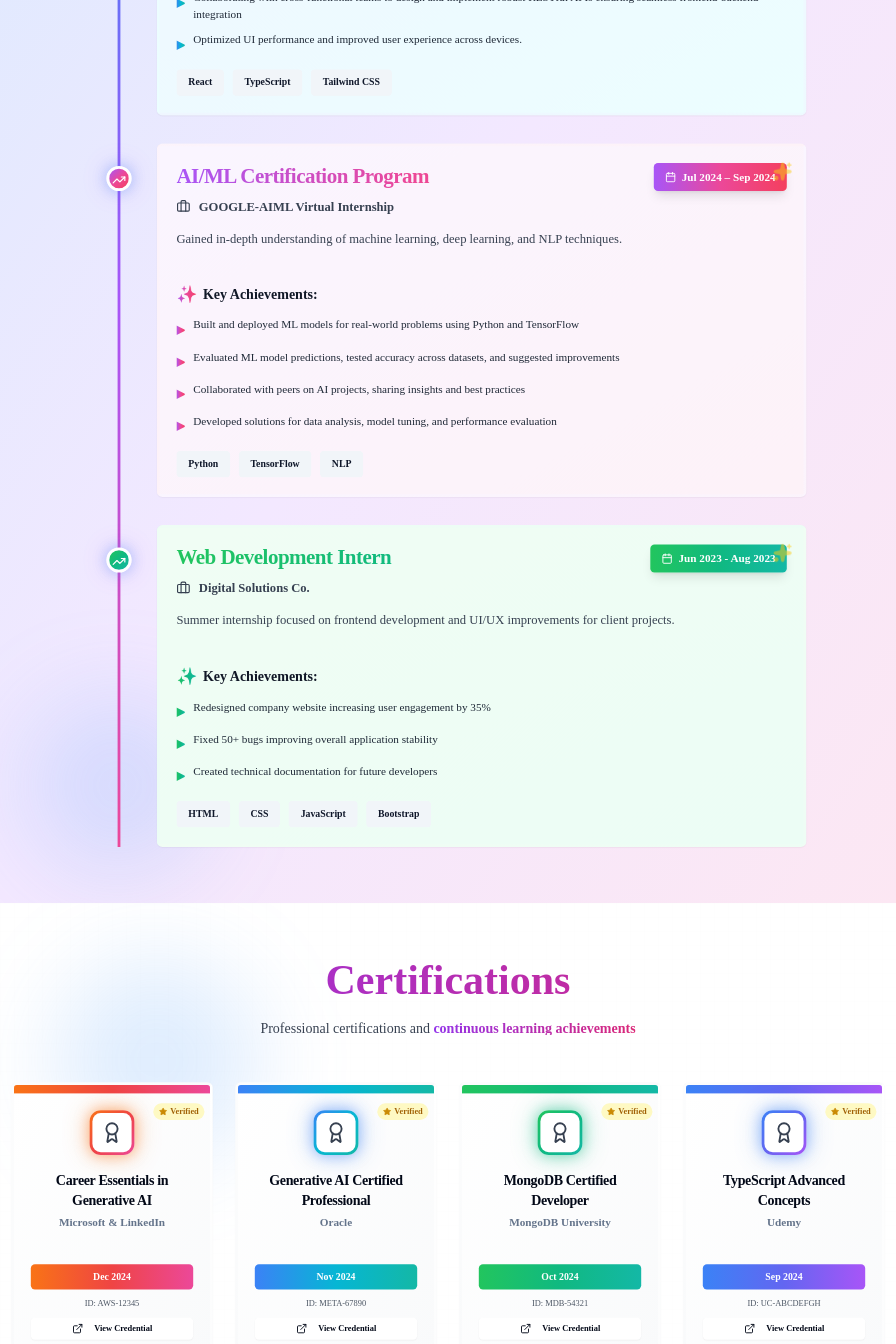
Repository: sm6746/PORTFOLIO
Page: /
The author's editor kept a copy of each file at every save. The page is drawn from the files as they stood at one save, then again after the next save.
The browser window is 1280 px wide. The pictures show the part of the page from y = 4580 to 6500 px (the page is 8357 px tall), at 70% of full size.
The project was rebuilt for these pictures with package versions that can differ from the ones it lists, and the page was loaded fresh each time. Also part of the build but not shown: vite.config.ts.

Above is the page before, as saved 2025-11-07 08:42:35.

### index.html
<!DOCTYPE html>
<html lang="en">
  <head>
    <meta charset="UTF-8" />
    <link rel="icon" type="image/svg+xml" href="/favicon.svg" />
    <meta name="viewport" content="width=device-width, initial-scale=1.0" />
    <title>Portfolio</title>
  </head>
  <body>
    <div id="root"></div>
    <script type="module" src="/app/main.tsx"></script>
  </body>
</html>

### app/main.tsx
import React from 'react'
import ReactDOM from 'react-dom/client'
import App from './app'
import './globals.css'

ReactDOM.createRoot(document.getElementById('root')!).render(
  <React.StrictMode>
    <App />
  </React.StrictMode>,
)

### app/app.tsx
import { ThemeProvider } from '@/lib/theme-context';
import { Header } from '@/components/header';
import { HeroSection } from '@/components/hero-section';
import { AboutSection } from '@/components/about-section';
import { SkillsSection } from '@/components/skills-section';
import { ProjectsSection } from '@/components/projects-section';
import { ExperienceSection } from '@/components/experience-section';
import { CertificationsSection } from '@/components/certifications-section';
import { ContactSection } from '@/components/contact-section';
import { Footer } from '@/components/footer';
import { ScrollToTop } from '@/components/scroll-to-top';

function App() {
  return (
    <ThemeProvider>
      <div className="min-h-screen bg-white dark:bg-gray-900 transition-colors duration-300">
        <Header />
        <main>
          <HeroSection />
          <AboutSection />
          <SkillsSection />
          <ProjectsSection />
          <ExperienceSection />
          <CertificationsSection />
          <ContactSection />
        </main>
        <Footer />
        <ScrollToTop />
      </div>
    </ThemeProvider>
  );
}

export default App;

### lib/theme-context.tsx
import React, { createContext, useContext, useEffect, useState } from 'react';

type Theme = 'light' | 'dark';

type ThemeContextType = {
  theme: Theme;
  toggleTheme: () => void;
};

const ThemeContext = createContext<ThemeContextType | undefined>(undefined);

export function ThemeProvider({ children }: { children: React.ReactNode }) {
  const [theme, setTheme] = useState<Theme>(() => {
    const stored = localStorage.getItem('portfolio-theme');
    return (stored as Theme) || 'light';
  });

  useEffect(() => {
    localStorage.setItem('portfolio-theme', theme);
    document.documentElement.classList.toggle('dark', theme === 'dark');
  }, [theme]);

  const toggleTheme = () => {
    setTheme(prev => (prev === 'light' ? 'dark' : 'light'));
  };

  return (
    <ThemeContext.Provider value={{ theme, toggleTheme }}>
      {children}
    </ThemeContext.Provider>
  );
}

export function useTheme() {
  const context = useContext(ThemeContext);
  if (!context) {
    throw new Error('useTheme must be used within ThemeProvider');
  }
  return context;
}

### components/certifications-section.tsx
import { Card, CardContent, CardHeader, CardTitle, CardDescription } from '@/components/ui/card';
import { Badge } from '@/components/ui/badge';
import { Button } from '@/components/ui/button';
import { Award, ExternalLink, Star } from 'lucide-react';
import { useScrollAnimation } from '@/hooks/use-scroll-animation';

export function CertificationsSection() {
  const { ref, isVisible } = useScrollAnimation();

  const certifications = [
    {
      title: 'Career Essentials in Generative AI ',
      issuer: 'Microsoft & LinkedIn',
      date: 'Dec 2024',
      credentialId: 'AWS-12345',
      gradient: 'from-orange-500 via-red-500 to-pink-500',
      glowClass: 'glow-orange',
    },
    {
      title: 'Generative AI Certified Professional ',
      issuer: 'Oracle',
      date: 'Nov 2024',
      credentialId: 'META-67890',
      gradient: 'from-blue-500 via-cyan-500 to-teal-500',
      glowClass: 'glow-blue',
    },
    {
      title: 'MongoDB Certified Developer',
      issuer: 'MongoDB University',
      date: 'Oct 2024',
      credentialId: 'MDB-54321',
      gradient: 'from-green-500 via-emerald-500 to-teal-500',
      glowClass: 'glow-green',
    },
    {
      title: 'TypeScript Advanced Concepts',
      issuer: 'Udemy',
      date: 'Sep 2024',
      credentialId: 'UC-ABCDEFGH',
      gradient: 'from-blue-500 via-indigo-500 to-purple-500',
      glowClass: 'glow-blue',
    },
    {
      title: 'Docker & Kubernetes',
      issuer: 'Linux Foundation',
      date: 'Aug 2024',
      credentialId: 'LF-98765',
      gradient: 'from-cyan-500 via-blue-500 to-indigo-500',
      glowClass: 'glow-blue',
    },
    {
      title: 'Full Stack Web Development',
      issuer: 'Coursera',
      date: 'Jul 2024',
      credentialId: 'COURSERA-123456',
      gradient: 'from-purple-500 via-pink-500 to-rose-500',
      glowClass: 'glow-purple',
    },
    {
      title: 'GraphQL Fundamentals',
      issuer: 'Apollo',
      date: 'Jun 2024',
      credentialId: 'APOLLO-11223',
      gradient: 'from-pink-500 via-rose-500 to-red-500',
      glowClass: 'glow-pink',
    },
    {
      title: 'Git & GitHub Mastery',
      issuer: 'GitHub Learning Lab',
      date: 'May 2024',
      credentialId: 'GH-44556',
      gradient: 'from-gray-700 via-gray-800 to-gray-900',
      glowClass: 'glow-blue',
    },
  ];

  return (
    <section
      id="certifications"
      ref={ref as React.RefObject<HTMLElement>}
      className="py-20 bg-white dark:bg-gray-900 relative overflow-hidden"
    >
      <div className="absolute inset-0 bg-grid-pattern opacity-5"></div>
      <div className="absolute top-20 left-20 w-72 h-72 bg-blue-400/20 rounded-full blur-3xl"></div>
      <div className="absolute bottom-20 right-20 w-72 h-72 bg-purple-400/20 rounded-full blur-3xl"></div>

      <div className="container mx-auto px-4 relative z-10">
        <div
          className={`transition-all duration-1000 ${
            isVisible ? 'opacity-100 translate-y-0' : 'opacity-0 translate-y-10'
          }`}
        >
          <h2 className="text-5xl md:text-6xl font-extrabold text-center mb-6 bg-gradient-to-r from-blue-600 via-purple-600 to-pink-600 dark:from-blue-400 dark:via-purple-400 dark:to-pink-400 bg-clip-text text-transparent animate-gradient">
            Certifications
          </h2>
          <p className="text-center text-gray-700 dark:text-gray-300 mb-16 text-xl font-medium">
            Professional certifications and <span className="text-transparent bg-clip-text bg-gradient-to-r from-purple-600 to-pink-600 font-bold">continuous learning achievements</span>
          </p>

          <div className="grid md:grid-cols-2 lg:grid-cols-4 gap-8">
            {certifications.map((cert, index) => (
              <Card
                key={index}
                className={`group hover:shadow-2xl transition-all duration-500 transform hover:-translate-y-4 hover:scale-110 border-4 border-transparent hover:border-current overflow-hidden bg-gradient-to-br from-white to-gray-50 dark:from-gray-800 dark:to-gray-900 ${
                  isVisible ? 'opacity-100 translate-y-0' : 'opacity-0 translate-y-10'
                }`}
                style={{ transitionDelay: `${index * 100}ms` }}
              >
                <div className={`h-3 bg-gradient-to-r ${cert.gradient}`}></div>
                <CardHeader className="relative">
                  <div className={`w-16 h-16 mx-auto rounded-2xl bg-gradient-to-br ${cert.gradient} p-1 mb-4 group-hover:scale-125 group-hover:rotate-12 transition-all duration-500 shadow-xl ${cert.glowClass}`}>
                    <div className="w-full h-full rounded-xl bg-white dark:bg-gray-800 flex items-center justify-center">
                      <Award className="h-8 w-8 text-gray-700 dark:text-gray-300" />
                    </div>
                  </div>
                  <div className="absolute top-2 right-2 flex items-center gap-1 bg-yellow-100 dark:bg-yellow-900/50 px-2 py-1 rounded-full">
                    <Star className="h-3 w-3 text-yellow-600 fill-yellow-600" />
                    <span className="text-xs font-bold text-yellow-700 dark:text-yellow-400">Verified</span>
                  </div>
                  <CardTitle className={`text-xl font-bold text-center group-hover:bg-gradient-to-r ${cert.gradient} group-hover:bg-clip-text group-hover:text-transparent transition-all duration-300`}>
                    {cert.title}
                  </CardTitle>
                  <CardDescription className="text-center font-semibold text-base">{cert.issuer}</CardDescription>
                </CardHeader>
                <CardContent className="p-6">
                  <div className="space-y-3">
                    <Badge variant="outline" className={`w-full justify-center text-sm font-bold py-2 border-3 bg-gradient-to-r ${cert.gradient} text-white`}>
                      {cert.date}
                    </Badge>
                    <p className="text-xs text-gray-600 dark:text-gray-400 text-center font-medium">
                      ID: {cert.credentialId}
                    </p>
                    <Button
                      variant="outline"
                      size="sm"
                      className={`w-full border-3 hover:bg-gradient-to-r ${cert.gradient} hover:text-white hover:border-transparent font-bold transform hover:scale-105 transition-all duration-300`}
                    >
                      <ExternalLink className="h-4 w-4 mr-2" />
                      View Credential
                    </Button>
                  </div>
                </CardContent>
              </Card>
            ))}
          </div>
        </div>
      </div>
    </section>
  );
}

### components/footer.tsx
import { Github, Linkedin, Mail } from 'lucide-react';
import { Button } from '@/components/ui/button';

export function Footer() {
  return (
    <footer className="py-12 bg-gray-900 text-white">
      <div className="container mx-auto px-4">
        <div className="flex flex-col items-center gap-6">
          <div className="text-3xl font-bold bg-gradient-to-r from-blue-400 to-purple-400 bg-clip-text text-transparent">
            SHIVANI MEHRA
          </div>
          <p className="text-gray-400 text-center max-w-md">
            Building the future, one line of code at a time. Let's create something amazing together.
          </p>
          <div className="flex gap-4">
            <Button
              variant="ghost"
              size="icon"
              className="rounded-full hover:bg-blue-600/20 text-gray-300 hover:text-white transition-all"
            >
              <a
              href="https://github.com/sm6746"
              target="_blank"
              rel="noopener noreferrer"
            >
              <Github className="h-5 w-5" />
              </a>
            </Button>
            <Button
              variant="ghost"
              size="icon"
              className="rounded-full hover:bg-blue-600/20 text-gray-300 hover:text-white transition-all"
            >
              <a
              href="https://www.linkedin.com/in/shivani-mehra-/"
              target="_blank"
              rel="noopener noreferrer"
            >
              <Linkedin className="h-7 w-7" />
              </a>
            </Button>
            <Button
              variant="ghost"
              size="icon"
              className="rounded-full hover:bg-blue-600/20 text-gray-300 hover:text-white transition-all"
            >
              <a
              href="https://mail.google.com/mail/?view=cm&fs=1&to=shivanimehra22may@gmail.com"
              target="_blank"
              rel="noopener noreferrer"
            >
               <Mail className="h-5 w-5" />
              </a>

            </Button>
          </div>
          <div className="border-t border-gray-800 pt-6 w-full text-center">
            <p className="text-gray-500 text-sm">

            </p>
          </div>
        </div>
      </div>
    </footer>
  );
}

### components/scroll-to-top.tsx
import { Button } from '@/components/ui/button';
import { ArrowUp } from 'lucide-react';
import { useEffect, useState } from 'react';

export function ScrollToTop() {
  const [isVisible, setIsVisible] = useState(false);

  useEffect(() => {
    const toggleVisibility = () => {
      setIsVisible(window.scrollY > 500);
    };

    window.addEventListener('scroll', toggleVisibility);
    return () => window.removeEventListener('scroll', toggleVisibility);
  }, []);

  const scrollToTop = () => {
    window.scrollTo({ top: 0, behavior: 'smooth' });
  };

  if (!isVisible) return null;

  return (
    <Button
      onClick={scrollToTop}
      size="icon"
      className="fixed bottom-8 right-8 z-50 rounded-full shadow-lg bg-gradient-to-r from-blue-600 to-purple-600 hover:from-blue-700 hover:to-purple-700 animate-bounce"
    >
      <ArrowUp className="h-5 w-5" />
    </Button>
  );
}

### components/ui/button.tsx
import * as React from "react"
import { Slot } from "@radix-ui/react-slot"
import { cva, type VariantProps } from "class-variance-authority"

import { cn } from "@/lib/utlis"

const buttonVariants = cva(
  "inline-flex items-center justify-center gap-2 whitespace-nowrap rounded-md text-sm font-medium transition-colors focus-visible:outline-none focus-visible:ring-1 focus-visible:ring-ring disabled:pointer-events-none disabled:opacity-50 [&_svg]:pointer-events-none [&_svg]:size-4 [&_svg]:shrink-0",
  {
    variants: {
      variant: {
        default:
          "bg-primary text-primary-foreground shadow hover:bg-primary/90",
        destructive:
          "bg-destructive text-destructive-foreground shadow-sm hover:bg-destructive/90",
        outline:
          "border border-input bg-background shadow-sm hover:bg-accent hover:text-accent-foreground",
        secondary:
          "bg-secondary text-secondary-foreground shadow-sm hover:bg-secondary/80",
        ghost: "hover:bg-accent hover:text-accent-foreground",
        link: "text-primary underline-offset-4 hover:underline",
      },
      size: {
        default: "h-9 px-4 py-2",
        sm: "h-8 rounded-md px-3 text-xs",
        lg: "h-10 rounded-md px-8",
        icon: "h-9 w-9",
      },
    },
    defaultVariants: {
      variant: "default",
      size: "default",
    },
  }
)

export interface ButtonProps
  extends React.ButtonHTMLAttributes<HTMLButtonElement>,
    VariantProps<typeof buttonVariants> {
  asChild?: boolean
}

const Button = React.forwardRef<HTMLButtonElement, ButtonProps>(
  ({ className, variant, size, asChild = false, ...props }, ref) => {
    const Comp = asChild ? Slot : "button"
    return (
      <Comp
        className={cn(buttonVariants({ variant, size, className }))}
        ref={ref}
        {...props}
      />
    )
  }
)
Button.displayName = "Button"

export { Button, buttonVariants }

### hooks/use-scroll-animation.ts
import { useEffect, useRef, useState } from 'react';

export function useScrollAnimation() {
  const ref = useRef<HTMLElement>(null);
  const [isVisible, setIsVisible] = useState(false);

  useEffect(() => {
    const observer = new IntersectionObserver(
      ([entry]) => {
        if (entry.isIntersecting) {
          setIsVisible(true);
        }
      },
      { threshold: 0.1 }
    );

    if (ref.current) {
      observer.observe(ref.current);
    }

    return () => {
      if (ref.current) {
        observer.unobserve(ref.current);
      }
    };
  }, []);

  return { ref, isVisible };
}

### components/ui/card.tsx
import * as React from "react"

import { cn } from "@/lib/utlis"

const Card = React.forwardRef<
  HTMLDivElement,
  React.HTMLAttributes<HTMLDivElement>
>(({ className, ...props }, ref) => (
  <div
    ref={ref}
    className={cn(
      "rounded-lg border bg-card text-card-foreground shadow-sm",
      className,
    )}
    {...props}
  />
))
Card.displayName = "Card"

const CardHeader = React.forwardRef<
  HTMLDivElement,
  React.HTMLAttributes<HTMLDivElement>
>(({ className, ...props }, ref) => (
  <div
    ref={ref}
    className={cn("flex flex-col space-y-1.5 p-6", className)}
    {...props}
  />
))
CardHeader.displayName = "CardHeader"

const CardTitle = React.forwardRef<
  HTMLParagraphElement,
  React.HTMLAttributes<HTMLHeadingElement>
>(({ className, ...props }, ref) => (
  <h3
    ref={ref}
    className={cn(
      "text-2xl font-semibold leading-none tracking-tight",
      className,
    )}
    {...props}
  />
))
CardTitle.displayName = "CardTitle"

const CardDescription = React.forwardRef<
  HTMLParagraphElement,
  React.HTMLAttributes<HTMLParagraphElement>
>(({ className, ...props }, ref) => (
  <p
    ref={ref}
    className={cn("text-sm text-muted-foreground", className)}
    {...props}
  />
))
CardDescription.displayName = "CardDescription"

const CardContent = React.forwardRef<
  HTMLDivElement,
  React.HTMLAttributes<HTMLDivElement>
>(({ className, ...props }, ref) => (
  <div ref={ref} className={cn("p-6 pt-0", className)} {...props} />
))
CardContent.displayName = "CardContent"

const CardFooter = React.forwardRef<
  HTMLDivElement,
  React.HTMLAttributes<HTMLDivElement>
>(({ className, ...props }, ref) => (
  <div
    ref={ref}
    className={cn("flex items-center p-6 pt-0", className)}
    {...props}
  />
))
CardFooter.displayName = "CardFooter"

export { Card, CardHeader, CardFooter, CardTitle, CardDescription, CardContent }

### components/ui/badge.tsx
import * as React from "react"
import { cva, type VariantProps } from "class-variance-authority"

import { cn } from "@/lib/utlis"

const badgeVariants = cva(
  "inline-flex items-center rounded-md border px-2.5 py-0.5 text-xs font-semibold transition-colors focus:outline-none focus:ring-2 focus:ring-ring focus:ring-offset-2",
  {
    variants: {
      variant: {
        default:
          "border-transparent bg-primary text-primary-foreground shadow hover:bg-primary/80",
        secondary:
          "border-transparent bg-secondary text-secondary-foreground hover:bg-secondary/80",
        destructive:
          "border-transparent bg-destructive text-destructive-foreground shadow hover:bg-destructive/80",
        outline: "text-foreground",
      },
    },
    defaultVariants: {
      variant: "default",
    },
  }
)

export interface BadgeProps
  extends React.HTMLAttributes<HTMLDivElement>,
    VariantProps<typeof badgeVariants> {}

function Badge({ className, variant, ...props }: BadgeProps) {
  return (
    <div className={cn(badgeVariants({ variant }), className)} {...props} />
  )
}

export { Badge, badgeVariants }

### components/ui/input.tsx
import * as React from "react"

import { cn } from "@/lib/utlis"

const Input = React.forwardRef<HTMLInputElement, React.ComponentProps<"input">>(
  ({ className, type, ...props }, ref) => {
    return (
      <input
        type={type}
        className={cn(
          "flex h-9 w-full rounded-md border border-input bg-transparent px-3 py-1 text-base shadow-sm transition-colors file:border-0 file:bg-transparent file:text-sm file:font-medium file:text-foreground placeholder:text-muted-foreground focus-visible:outline-none focus-visible:ring-1 focus-visible:ring-ring disabled:cursor-not-allowed disabled:opacity-50 md:text-sm",
          className
        )}
        ref={ref}
        {...props}
      />
    )
  }
)
Input.displayName = "Input"

export { Input }

### components/ui/textarea.tsx
import * as React from "react"

import { cn } from "@/lib/utlis"

const Textarea = React.forwardRef<
  HTMLTextAreaElement,
  React.ComponentProps<"textarea">
>(({ className, ...props }, ref) => {
  return (
    <textarea
      className={cn(
        "flex min-h-[60px] w-full rounded-md border border-input bg-transparent px-3 py-2 text-base shadow-sm placeholder:text-muted-foreground focus-visible:outline-none focus-visible:ring-1 focus-visible:ring-ring disabled:cursor-not-allowed disabled:opacity-50 md:text-sm",
        className
      )}
      ref={ref}
      {...props}
    />
  )
})
Textarea.displayName = "Textarea"

export { Textarea }

Loaded but not shown: lib/utlis.tsx (common file); tailwind.config.js (62 lines, source omitted); components/projects-section.tsx (180 lines, source omitted); components/contact-section.tsx (144 lines, source omitted); components/experience-section.tsx (145 lines, source omitted); components/hero-section.tsx (124 lines, source omitted); components/about-section.tsx (79 lines, source omitted); components/skills-section.tsx (112 lines, source omitted); components/header.tsx (82 lines, source omitted); app/globals.css (115 lines, source omitted)

After the next save:
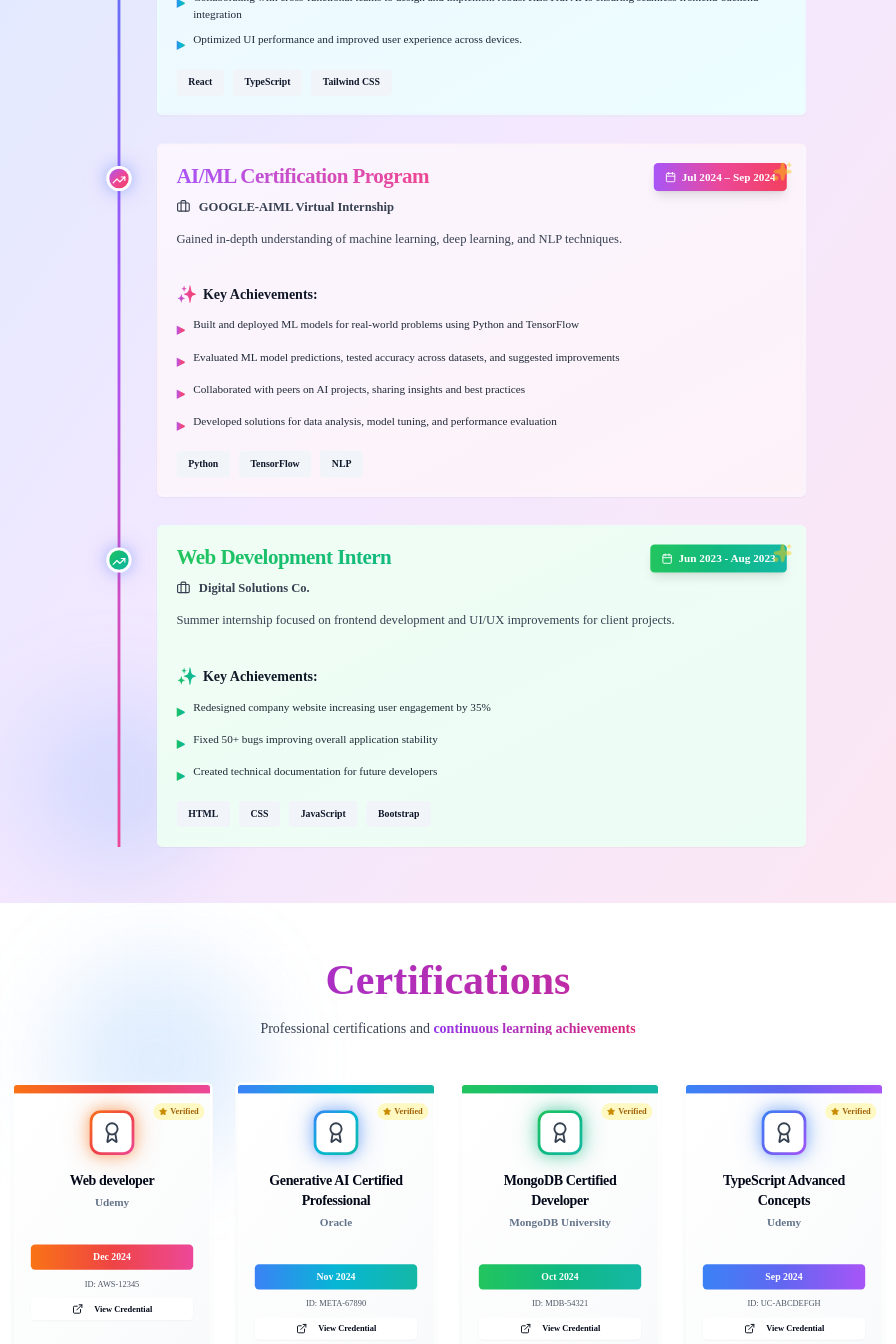
Saved 38 s later.
--- a/components/certifications-section.tsx
+++ b/components/certifications-section.tsx
@@ -9,8 +9,8 @@ export function CertificationsSection() {
 
   const certifications = [
     {
-      title: 'Career Essentials in Generative AI ',
-      issuer: 'Microsoft & LinkedIn',
+      title: 'Web developer ',
+      issuer: 'Udemy',
       date: 'Dec 2024',
       credentialId: 'AWS-12345',
       gradient: 'from-orange-500 via-red-500 to-pink-500',
